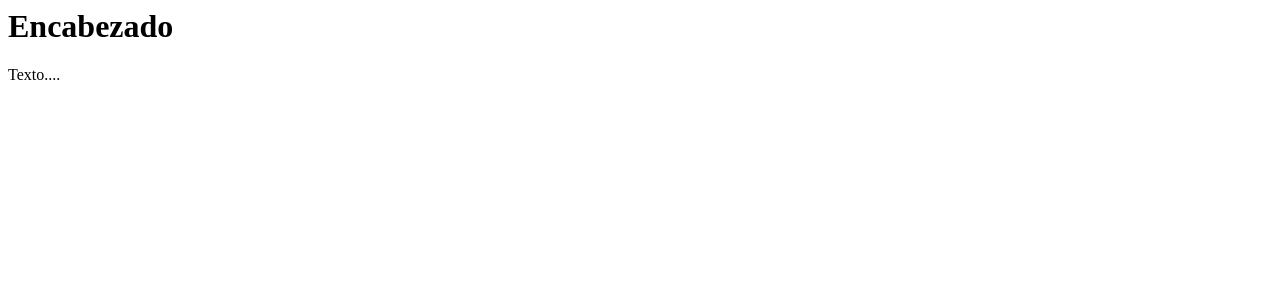
Repository: Scastellc/javaee
Page: http://localhost/Sesiones/invalidar
An editor plug-in stored every save of this project. The page is shown before and after the next save, followed by the edit.
The browser window is 1280 px wide. The pictures show the whole page.
The page is served by Tomcat 9. Other server files are loaded and not shown.

Above is the page before, as saved 2017-02-20 18:30:35.

### Sesiones/src/InvalidarSessionServlet.java
import java.io.IOException;
import java.io.PrintWriter;

import javax.servlet.ServletException;
import javax.servlet.annotation.WebServlet;
import javax.servlet.http.HttpServlet;
import javax.servlet.http.HttpServletRequest;
import javax.servlet.http.HttpServletResponse;
import javax.servlet.http.HttpSession;

/**
 *
 * By: Salva Castell
 *
 * */

@WebServlet("/invalidar")
public class InvalidarSessionServlet extends HttpServlet {
	private static final long serialVersionUID = 1L;

    public InvalidarSessionServlet() {
        super();

    }

	protected void doGet(HttpServletRequest request, HttpServletResponse response) throws ServletException, IOException {

		HttpSession sesion = request.getSession();
		sesion.invalidate();

		response.setContentType("text/html");
		PrintWriter out = response.getWriter();

		out.println("<html>");
		out.println("<head>");
		out.println("<title>Titulo</title");
		out.println("<meta charset='utf-8'>");
		out.println("</head>");
		out.println("<body>");
		out.println("<h1>Encabezado</h1>");
		out.println("<p>Texto....</p>");
		out.println("</body>");
		out.println("</html>");
	}

	protected void doPost(HttpServletRequest request, HttpServletResponse response) throws ServletException, IOException {
		doGet(request, response);
	}

}

After the next save:
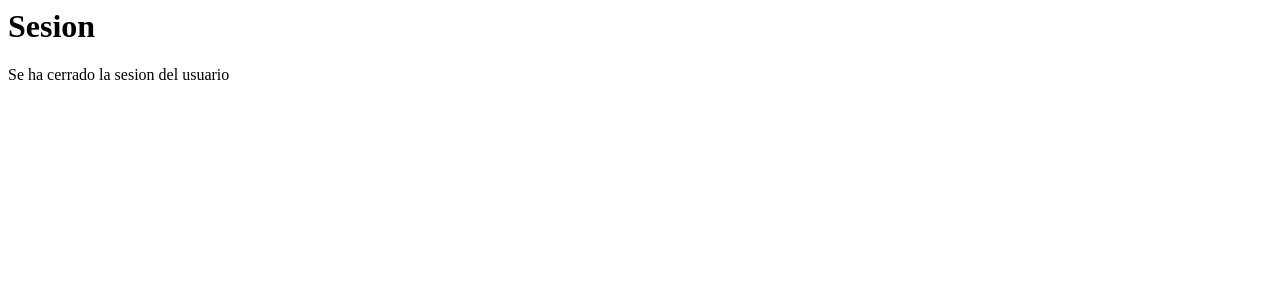
Saved 25 s later.
--- a/Sesiones/src/InvalidarSessionServlet.java
+++ b/Sesiones/src/InvalidarSessionServlet.java
@@ -33,12 +33,12 @@ public class InvalidarSessionServlet extends HttpServlet {
 
 		out.println("<html>");
 		out.println("<head>");
-		out.println("<title>Titulo</title");
+		out.println("<title>Sesiones</title");
 		out.println("<meta charset='utf-8'>");
 		out.println("</head>");
 		out.println("<body>");
-		out.println("<h1>Encabezado</h1>");
-		out.println("<p>Texto....</p>");
+		out.println("<h1>Sesion</h1>");
+		out.println("<p>Se ha cerrado la sesion del usuario</p>");
 		out.println("</body>");
 		out.println("</html>");
 	}
